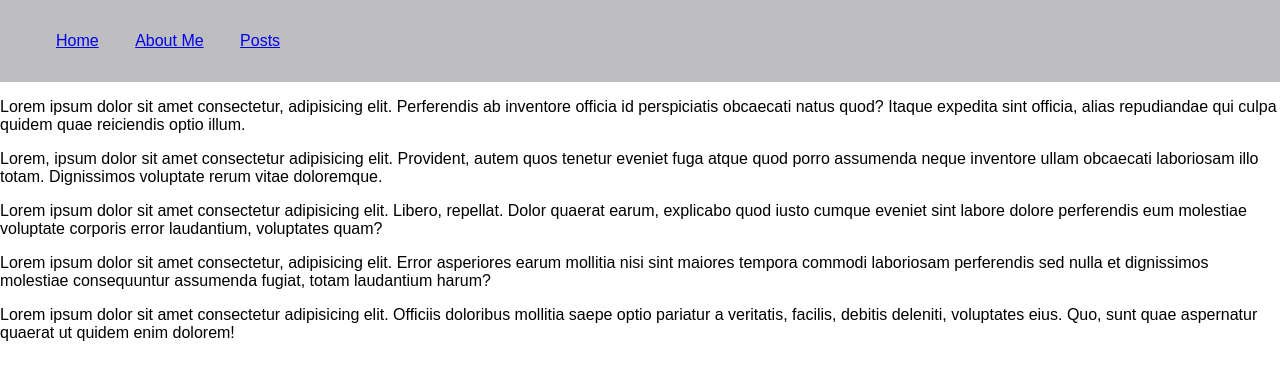
Repository: riley-martin/riley-martin.github.io
Page: index.html
The author's editor kept a copy of each file at every save. The page is drawn from the files as they stood at one save, then again after the next save.
The browser window is 1280 px wide. The pictures show the whole page.

Above is the page before, as saved 2022-08-06 13:57:49.

After the next save:
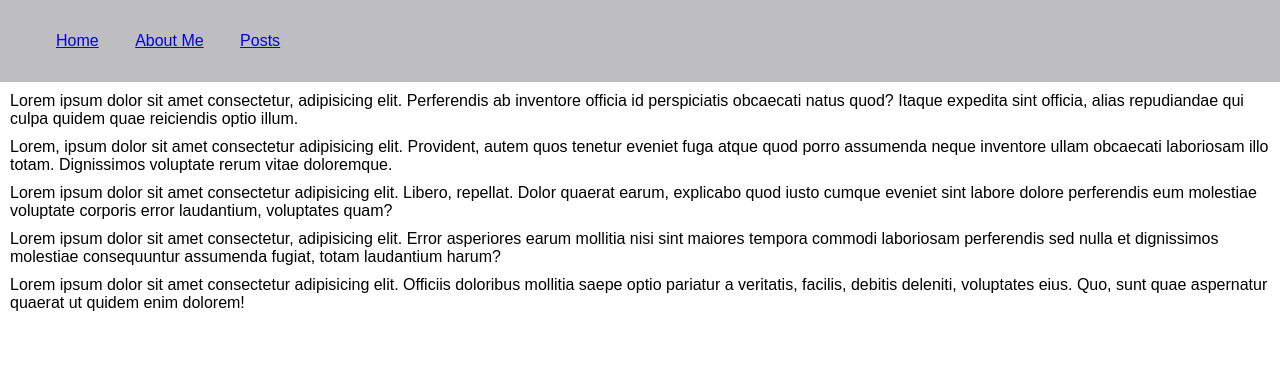
Saved 17 s later.
--- a/style.css
+++ b/style.css
@@ -19,6 +19,10 @@ header {
     -webkit-backdrop-filter: blur(8px);
 }
 
+p {
+    margin: 10px;
+}
+
 .nav__item {
     padding: 1em;
     display: inline-block;
